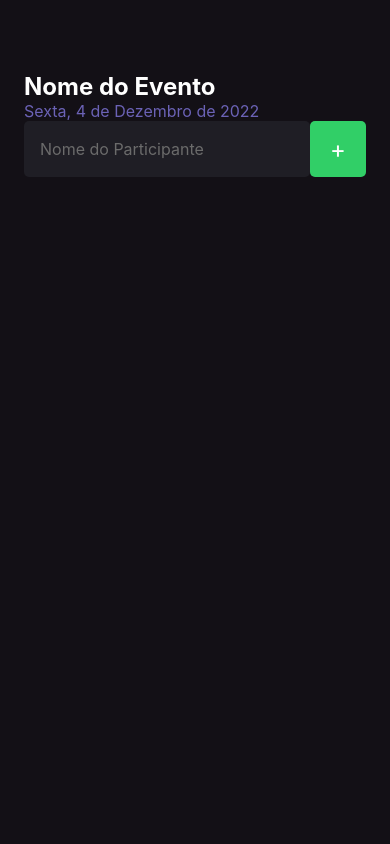
Repository: guilhermecardoso93/reactNative-ignite-imhere
Screen: /
An editor plug-in stored every save of this project. The screen is shown before and after the next save, followed by the edit.
The app was drawn by React Native's web renderer in a window 390 px wide. The project was rebuilt for these pictures with package versions that can differ from the ones it lists, and the page was loaded fresh each time.

Above is the screen before, as saved 2022-10-02 19:54:39.

### App.tsx
import { Text, View, StyleSheet } from "react-native";
import Home from "./src/screens/Home";

export default function App() {
  return (
    <>
      <Home/>
    </>
  );
}

### src/screens/Home/index.tsx
import { Text, View, TextInput, TouchableOpacity } from "react-native";

import { styles } from "./styles";

export default function Home() {
  function handleAddPArticipant() {
    console.log("ADD part");
  }

  return (
    <View style={styles.container}>
      <Text style={styles.eventName}>Nome do Evento</Text>
      <Text style={styles.eventDate}>Sexta, 4 de Dezembro de 2022</Text>
      <View style={styles.form}>
        <TextInput
          style={styles.eventInput}
          placeholder="Nome do Participante"
          placeholderTextColor="#6b6b6b"
        />
        <TouchableOpacity style={styles.button} onPress={handleAddPArticipant}>
          <Text style={styles.buttonText}>+</Text>
        </TouchableOpacity>
      </View>
    </View>
  );
}

### src/screens/Home/styles.ts
import { StyleSheet } from "react-native";

export const styles = StyleSheet.create({
  container: {
    flex: 1,
    padding: 24,
    backgroundColor: "#131016",
  },
  eventName: {
    color: "#fff",
    fontSize: 24,
    fontWeight: "bold",
    marginTop: 48,
  },
  eventDate: {
    color: "#6b62b6",
    fontSize: 16,
  },

  eventInput: {
    backgroundColor: "#1f1e25",
    color: "#FFF",
    height: 56,
    width: "100%",
    borderRadius: 5,
    padding: 16,
    fontSize: 16,
  },

  button: {
    width: 56,
    height: 56,
    borderRadius: 5,
    backgroundColor: "#31cf67",
    alignItems: "center",
    justifyContent: "center",
  },
  buttonText: {
    color: "#FFF",
    fontSize: 24,
  },
  form: {
    width: "100%",
    flexDirection: "row",
    //justifyContent: "space-between",
  },
});

After the next save:
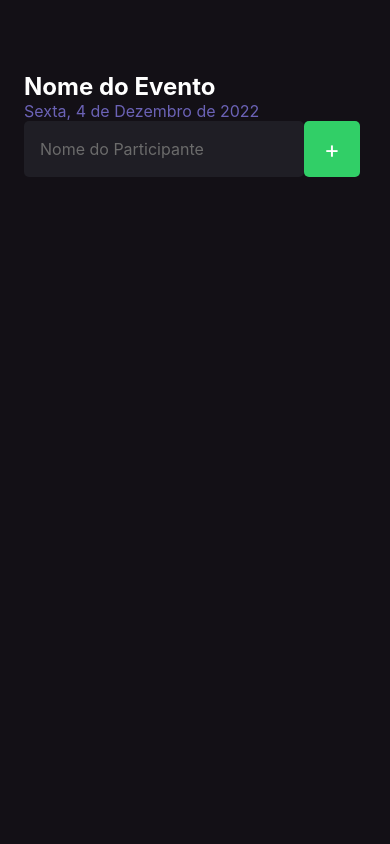
Saved 5 s later.
--- a/src/screens/Home/styles.ts
+++ b/src/screens/Home/styles.ts
@@ -21,7 +21,7 @@
     backgroundColor: "#1f1e25",
     color: "#FFF",
     height: 56,
-    width: "100%",
+
     borderRadius: 5,
     padding: 16,
     fontSize: 16,

After the 2 saves that followed:
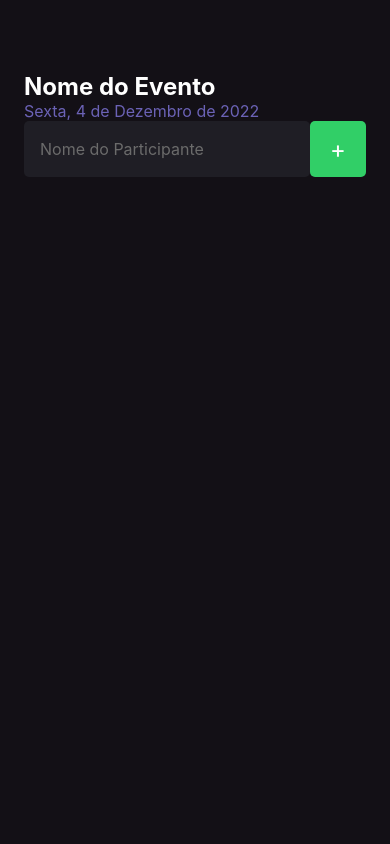
The 2 saves are shown as one change because 1 left the picture as it was.
The last was saved 25 s later.
--- a/src/screens/Home/styles.ts
+++ b/src/screens/Home/styles.ts
@@ -21,7 +21,7 @@
     backgroundColor: "#1f1e25",
     color: "#FFF",
     height: 56,
-
+    flex: 1,
     borderRadius: 5,
     padding: 16,
     fontSize: 16,
